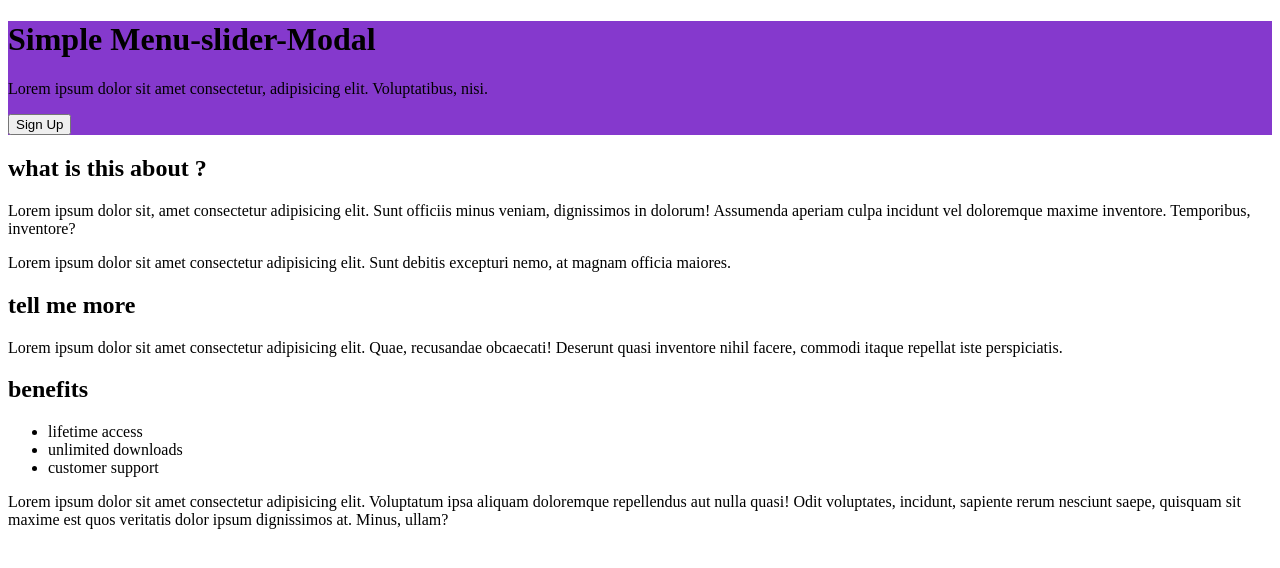
Repository: lilo750/Menu-Slider-modal
Page: index.html
The author's editor kept a copy of each file at every save. The page is drawn from the files as they stood at one save, then again after the next save.
The browser window is 1280 px wide. The pictures show the whole page.

Above is the page before, as saved 2024-01-14 04:10:11.

### index.html
<!DOCTYPE html>
<html lang="en">
    <head>
        <meta charset="UTF-8" />
        <meta name="viewport" content="width=device-width, initial-scale=1.0" />
        <title>menu-slider-modal</title>
        <script defer src="assets/logic.js"></script>
        <link rel="stylesheet" href="assets/style.css" />
    </head>
    <body>
        <!-- <div class="left-menu">
                    <aside>
                        <div id="profile-img">
                            <img
                                src="assets/visuals/profile-img.jpg"
                                alt="profile image"
                            />
                        </div>
                        <ul>
                            <li>home</li>
                            <li>portfolio</li>
                            <li>blog</li>
                            <li>contact me</li>
                        </ul>
                    </aside>
                    <button>
                        <img
                            src="assets/visuals/burger-menu-svgrepo-com.svg"
                            alt="burger icon"
                        />
                    </button>
                </div> -->
        <div class="container">
            <header>
                <div class="heading">
                    <h1>Simple Menu-slider-Modal</h1>
                    <p>
                        Lorem ipsum dolor sit amet consectetur, adipisicing
                        elit. Voluptatibus, nisi.
                    </p>
                    <button id="signup-btn">Sign Up</button>
                </div>
            </header>

            <h2>what is this about ?</h2>
            <p>
                Lorem ipsum dolor sit, amet consectetur adipisicing elit. Sunt
                officiis minus veniam, dignissimos in dolorum! Assumenda aperiam
                culpa incidunt vel doloremque maxime inventore. Temporibus,
                inventore?
            </p>
            <p>
                Lorem ipsum dolor sit amet consectetur adipisicing elit. Sunt
                debitis excepturi nemo, at magnam officia maiores.
            </p>
            <h2>tell me more</h2>
            <p>
                Lorem ipsum dolor sit amet consectetur adipisicing elit. Quae,
                recusandae obcaecati! Deserunt quasi inventore nihil facere,
                commodi itaque repellat iste perspiciatis.
            </p>
            <h2>benefits</h2>
            <ul>
                <li>lifetime access</li>
                <li>unlimited downloads</li>
                <li>customer support</li>
            </ul>
            <p>
                Lorem ipsum dolor sit amet consectetur adipisicing elit.
                Voluptatum ipsa aliquam doloremque repellendus aut nulla quasi!
                Odit voluptates, incidunt, sapiente rerum nesciunt saepe,
                quisquam sit maxime est quos veritatis dolor ipsum dignissimos
                at. Minus, ullam?
            </p>
        </div>
        <!-- ./container -->
    </body>
</html>

### assets/style.css
.body {
    height: 100vh;
    margin: 0;
    padding: 0;
}

header {
    background-color: rgb(133, 57, 205);
    text-decoration-color: aqua;
}

Loaded but not shown: assets/logic.js (no copy from this time; the picture is the same without it)

After the next save:
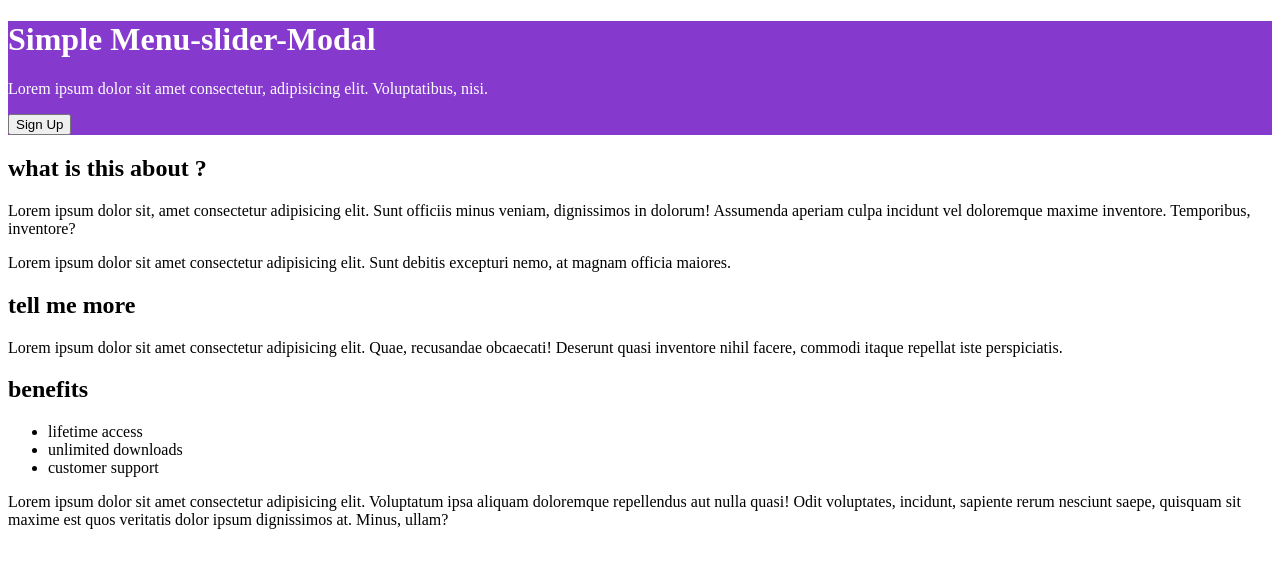
Saved 11 s later.
--- a/assets/style.css
+++ b/assets/style.css
@@ -6,5 +6,5 @@
 
 header {
     background-color: rgb(133, 57, 205);
-    text-decoration-color: aqua;
+    color: #fff;
 }
